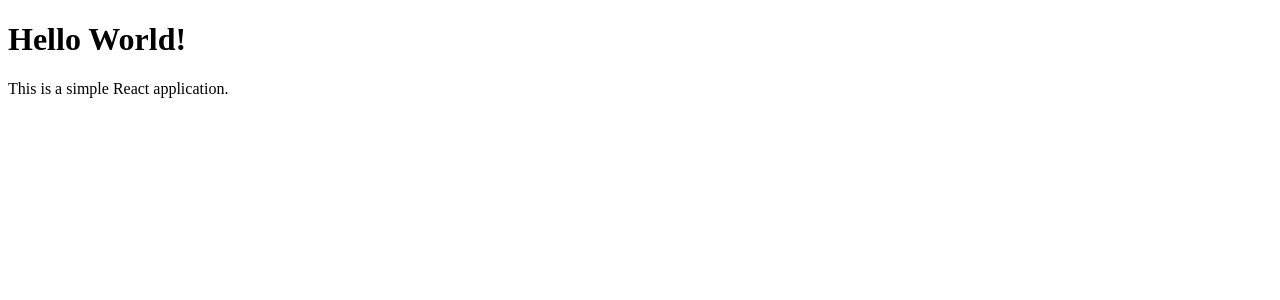
Repository: deniseada/class1
Page: /
An editor plug-in stored every save of this project. The page is shown before and after the next save, followed by the edit.
The browser window is 1280 px wide. The pictures show the whole page.
The project was rebuilt for these pictures with package versions that can differ from the ones it lists, and the page was loaded fresh each time. Also part of the build but not shown: vite.config.js, src/index.css.

Above is the page before, as saved 2025-09-10 13:31:51.

After the next save:
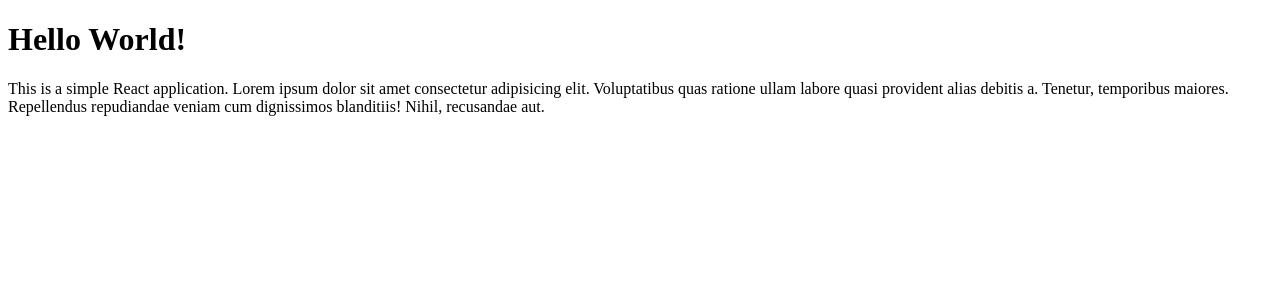
Saved 13 s later.
--- a/src/App.jsx
+++ b/src/App.jsx
@@ -2,7 +2,13 @@ function App() {
   return (
     <div>
       <h1>Hello World!</h1>
-      <p>This is a simple React application.</p>
+      <p>
+        This is a simple React application. Lorem ipsum dolor sit amet
+        consectetur adipisicing elit. Voluptatibus quas ratione ullam labore
+        quasi provident alias debitis a. Tenetur, temporibus maiores.
+        Repellendus repudiandae veniam cum dignissimos blanditiis! Nihil,
+        recusandae aut.
+      </p>
     </div>
   );
 }
